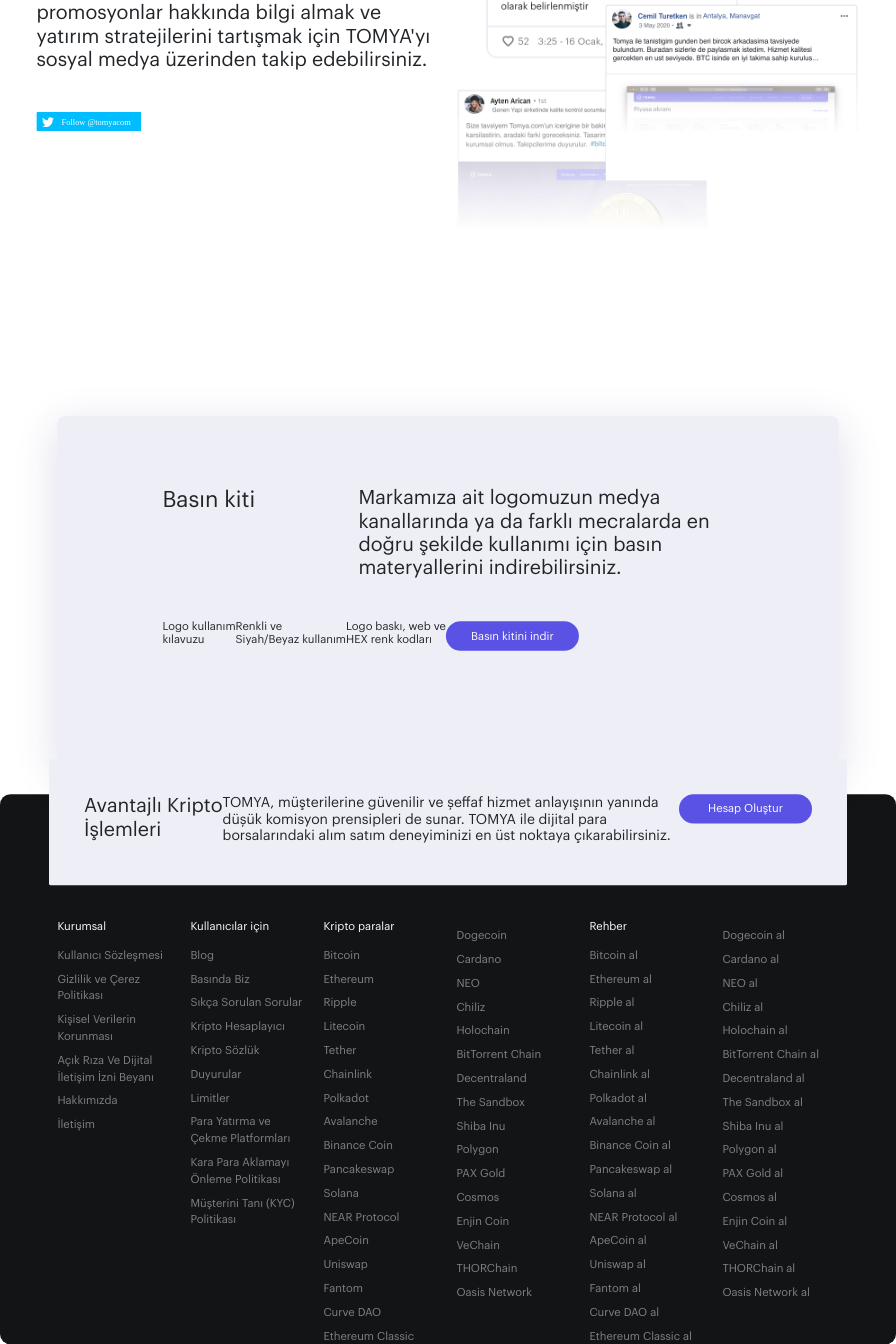
Repository: ezgibayrakli/TomyaProje
Page: index copy.html
An editor plug-in stored every save of this project. The page is shown before and after a run of saves, followed by the edit.
The browser window is 1280 px wide. The pictures show the part of the page from y = 2792 to 4712 px (the page is 4712 px tall), at 70% of full size.
Some web fonts or font styles are not loaded; a fallback is used.

Above is the page before, as saved 2023-07-07 11:47:44.

After the next 2 saves:
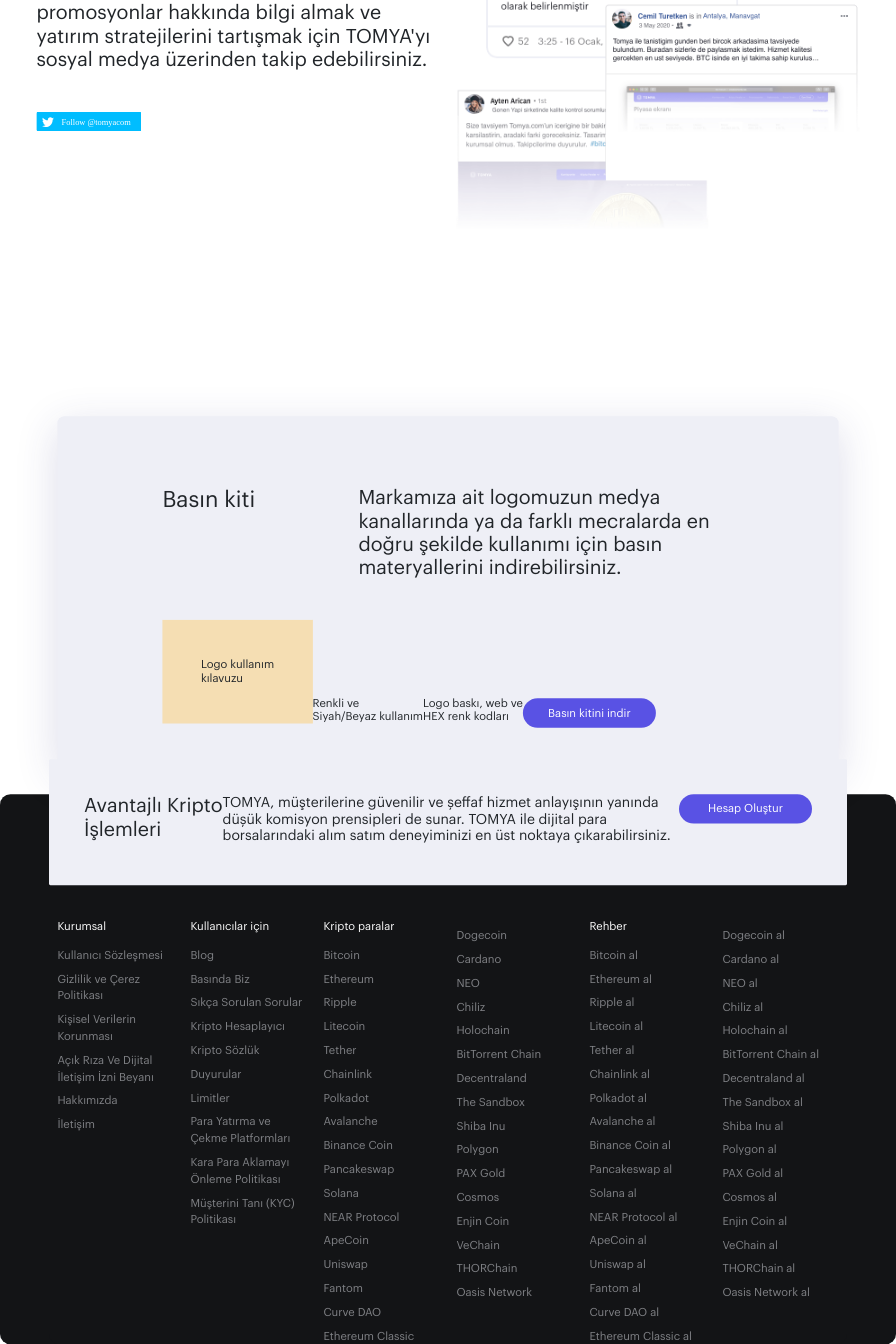
The 2 saves are shown as one change because they came seconds apart.
The last was saved 15 min 19 s later.
--- a/index copy.html
+++ b/index copy.html
@@ -178,7 +178,8 @@
                     <div  class="d-flex mt-xl-11 mt-lg-10 mt-5 flex-lg-row flex-column">
                         <div class="logoguide d-flex justify-content-between align-items-start flex-column">
                             <span class="svgicon" data-url="assets/img/subpages/sub/logo-guide.svg"></span>
-                            <h6 >Logo kullanım <br class="d-md-block d-none">kılavuzu</h6>
+                            <h6 style="padding: 55px;
+                            background: wheat;">Logo kullanım <br class="d-md-block d-none">kılavuzu</h6>
                         </div>
                         <div  class="mediakit ml-lg-1 mt-lg-0 mt-1 d-flex justify-content-between align-items-start flex-column"><span class="svgicon d-md-block d-none" data-url="assets/img/subpages/sub/mediaset.svg"></span>
                             <div  class="d-md-flex w-100 align-items-center"><h6  class="mr-5">Renkli ve <br>Siyah/Beyaz kullanım</h6>
